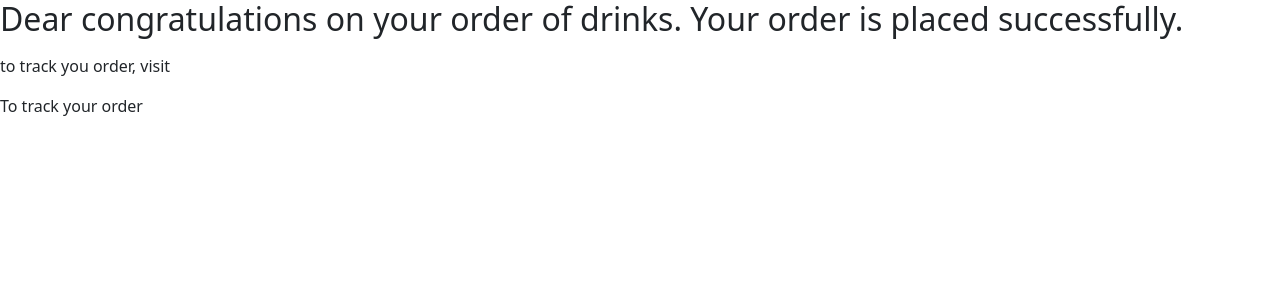
Repository: Flatbook/sliced_bread
Page: templates/confirm.html
These files come from the project's save history. The page is drawn as it stood at one moment and after the next save; the edit follows.
The browser window is 1280 px wide. The pictures show the whole page.
Some web libraries are served in a nearby version. The page is served by the project's application, run on Flask 3 (app.py). Other server files are loaded and not shown. The template is opened directly, without the code that normally fills it, so the values that code supplies are empty.

Above is the page before, as saved 2021-05-16 17:58:58.

### flask_project/templates/confirm.html
{% extends "layout.html" %}
{% block content %}

<p class ="d-flex flex-row display-4 fs-2"> Dear
{{ form.name.data }} congratulations on your order of
{{ form.total.data }} drinks. Your order is placed successfully.
</p>
<p>to track you order, visit</p>

<p>To track your order <a href= "/checkout.html"></a></p>

{% endblock %}

### flask_project/templates/layout.html
<!DOCTYPE html>
<html lang="en">
<head>
    <meta charset="UTF-8">
    <meta http-equiv="X-UA-Compatible" content="IE=edge">
    <meta name="viewport" content="width=device-width, initial-scale=1.0">
    <!-- <link rel = "stylesheet" href="{{ url_for('static', filename='css/main.css') }}"> -->
    <link href="https://cdn.jsdelivr.net/npm/bootstrap@5.0.1/dist/css/bootstrap.min.css" rel="stylesheet" integrity="sha384-+0n0xVW2eSR5OomGNYDnhzAbDsOXxcvSN1TPprVMTNDbiYZCxYbOOl7+AMvyTG2x" crossorigin="anonymous">
    <title>Greatest Beverage </title>
</head>
<body>
    {% block content %} {% endblock %}

 <!-- Optional JavaScript -->
    <!-- jQuery first, then Popper.js, then Bootstrap JS -->
    <script src="https://code.jquery.com/jquery-3.2.1.slim.min.js" integrity="sha384-KJ3o2DKtIkvYIK3UENzmM7KCkRr/rE9/Qpg6aAZGJwFDMVNA/GpGFF93hXpG5KkN" crossorigin="anonymous"></script>
    <script src="https://cdnjs.cloudflare.com/ajax/libs/popper.js/1.12.9/umd/popper.min.js" integrity="sha384-ApNbgh9B+Y1QKtv3Rn7W3mgPxhU9K/ScQsAP7hUibX39j7fakFPskvXusvfa0b4Q" crossorigin="anonymous"></script>
    <script src="https://maxcdn.bootstrapcdn.com/bootstrap/4.0.0/js/bootstrap.min.js" integrity="sha384-JZR6Spejh4U02d8jOt6vLEHfe/JQGiRRSQQxSfFWpi1MquVdAyjUar5+76PVCmYl" crossorigin="anonymous"></script>
</body>
</html>

### flask_project/app.py
from flask import Flask, render_template,redirect,url_for,flash
from form import checkoutForm
import os
app = Flask(__name__)

imagesFolder = os.path.join('static','images')

app.config['SECRET_KEY'] = "my secret key"
app.config['UPLOAD_FOLDER'] =imagesFolder


drinks =[{
    'title' : 'Sonder Sparkle Mojito',
    'description': 'A bit of sparkle and cheer come together flawlessly in this festive mocktail.'

},
{
    'title': 'French 75 Mocktail',
    'description': 'With the same taste profile of a classic French 75 — think lemon juice and a splash of bitters — this mocktail will energize your evening.'
}
]

@app.route("/")
def home():
    drink2 = os.path.join(app.config['UPLOAD_FOLDER'],'drink2.jpg')
    return render_template('home.html',drinks=drinks,user_image = drink2)


@app.route("/checkout",methods =['GET','POST'])
def checkout():
    name = None
    lname = None
    form = checkoutForm()
    details=[{
        'cx': form.name.data,
        'num':form.total.data
    }]

    if form.validate_on_submit():

        # return 'Dear {}, your order for {} drinks is placed Succesfully.'.format(form.name.data,form.total.data)
        return render_template('confirm.html',name=name,form= form)
    return render_template('checkout.html',form=form,name=name)

    #  #validate form
    # if form.validate_on_submit():
    #     return 'Dear {}, your order for {} drinks is placed Succesfully.'.format(form.name.data,form.total.data)
    # return render_template("checkout.html",
    #  name=name,form = form)




if __name__ == '__main__':
    app.run(debug=True)

After the next save:
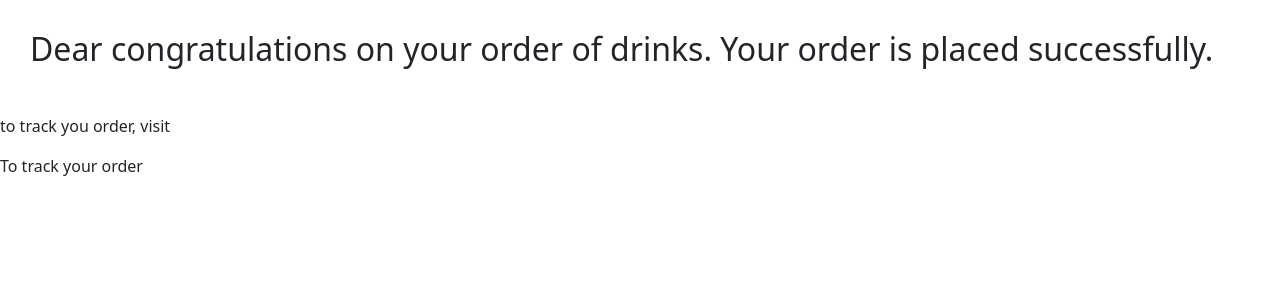
Saved 16 s later.
--- a/flask_project/templates/confirm.html
+++ b/flask_project/templates/confirm.html
@@ -1,7 +1,7 @@
 {% extends "layout.html" %}
 {% block content %}
 
-<p class ="d-flex flex-row display-4 fs-2"> Dear
+<p class ="d-flex flex-row display-4 fs-2" style="padding: 30px 30px"> Dear
 {{ form.name.data }} congratulations on your order of
 {{ form.total.data }} drinks. Your order is placed successfully.
 </p>
